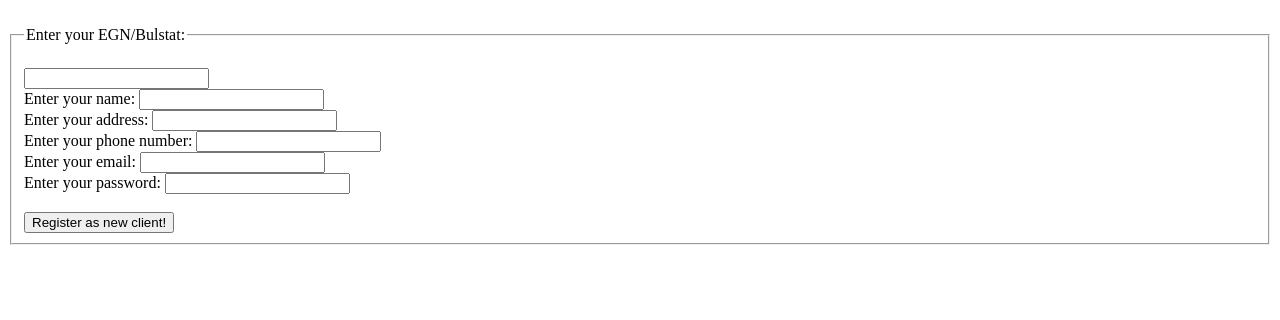
Repository: A-Mitev/E-Banking_Team_Project
Page: http://localhost/FiBank/WEB-INF/views/jsp/Register.jsp
An editor plug-in stored every save of this project. The page is shown before and after the next save, followed by the edit.
The browser window is 1280 px wide. The pictures show the whole page.
The page is served by Tomcat 9. Nobody is signed in. Other server files are loaded and not shown. The template is opened directly, without the code that normally fills it, so the values that code supplies are empty.

Above is the page before, as saved 2016-04-05 20:03:46.

### FiBank/src/main/webapp/WEB-INF/views/jsp/Register.jsp
<%@page import="javax.servlet.descriptor.TaglibDescriptor"%>
<%@ page language="java" contentType="text/html; charset=UTF-8"
	pageEncoding="UTF-8"%>
<%@ taglib prefix="springForm"
	uri="http://www.springframework.org/tags/form"%>
<!DOCTYPE html PUBLIC "-//W3C//DTD HTML 4.01 Transitional//EN" "http://www.w3.org/TR/html4/loose.dtd">
<html>
<head>
<meta http-equiv="Content-Type" content="text/html; charset=UTF-8">
<title>Register Page</title>
</head>
<body>
	 ${text}
	<br />
	<springForm:form method="post" commandName="user" >
	<fieldset>
		<br/>
		<legend>Enter your EGN/Bulstat:</legend>
		<springForm:input type="text" path="id" />
		<br />
		<label>Enter your name:</label>
		<springForm:input type="text" path="name" />
		<br />
		<label>Enter your address:</label>
		<springForm:input type="text" path="address" />
		<br />
		<label>Enter your phone number:</label>
		<springForm:input type="text" path="phone" />
		<br />
		<label>Enter your email:</label>
		<springForm:input type="text" path="email" />
		<br />
		<label>Enter your password:</label>
		<springForm:input type="text" path="password" />
		<br />
		<br />
		<input type="submit" value="Register as new client!" />
		</fieldset>
	</springForm:form>
</body>
</html>

After the next save:
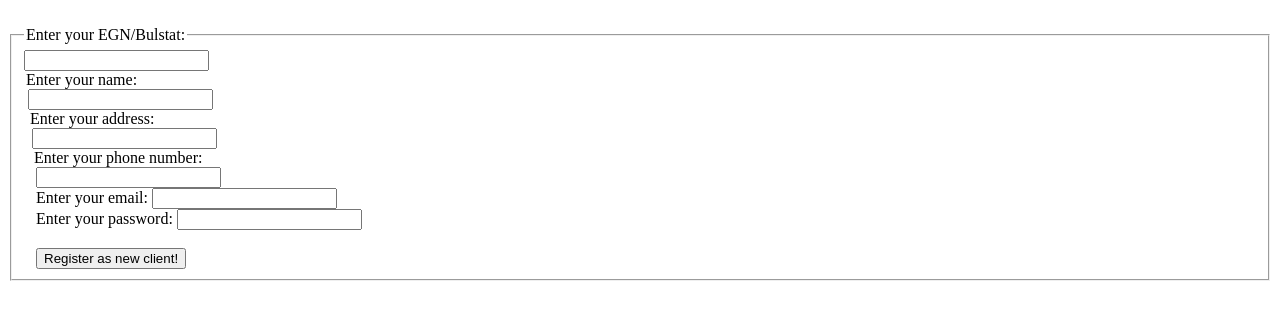
Saved 41 s later.
--- a/FiBank/src/main/webapp/WEB-INF/views/jsp/Register.jsp
+++ b/FiBank/src/main/webapp/WEB-INF/views/jsp/Register.jsp
@@ -14,17 +14,16 @@
 	<br />
 	<springForm:form method="post" commandName="user" >
 	<fieldset>
-		<br/>
 		<legend>Enter your EGN/Bulstat:</legend>
 		<springForm:input type="text" path="id" />
 		<br />
-		<label>Enter your name:</label>
+		<legend>Enter your name:<legend/>
 		<springForm:input type="text" path="name" />
 		<br />
-		<label>Enter your address:</label>
+		<legend>Enter your address:<legend/>
 		<springForm:input type="text" path="address" />
 		<br />
-		<label>Enter your phone number:</label>
+		<legend>Enter your phone number:<legend/>
 		<springForm:input type="text" path="phone" />
 		<br />
 		<label>Enter your email:</label>
